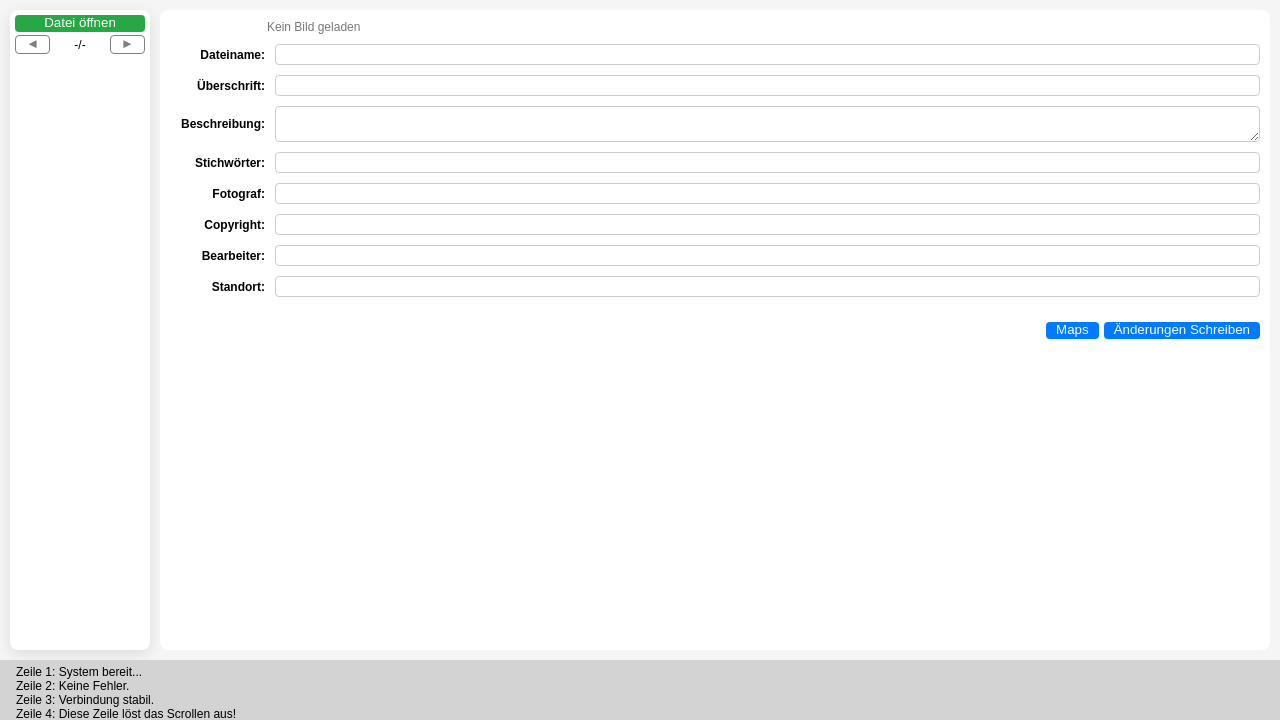
Repository: h-fahle/metadata
Page: ui/index.html
An editor plug-in stored every save of this project. The page is shown before and after the next save, followed by the edit.
The browser window is 1280 px wide. The pictures show the whole page.

Above is the page before, as saved 2026-08-19 16:52:25.

After the next save:
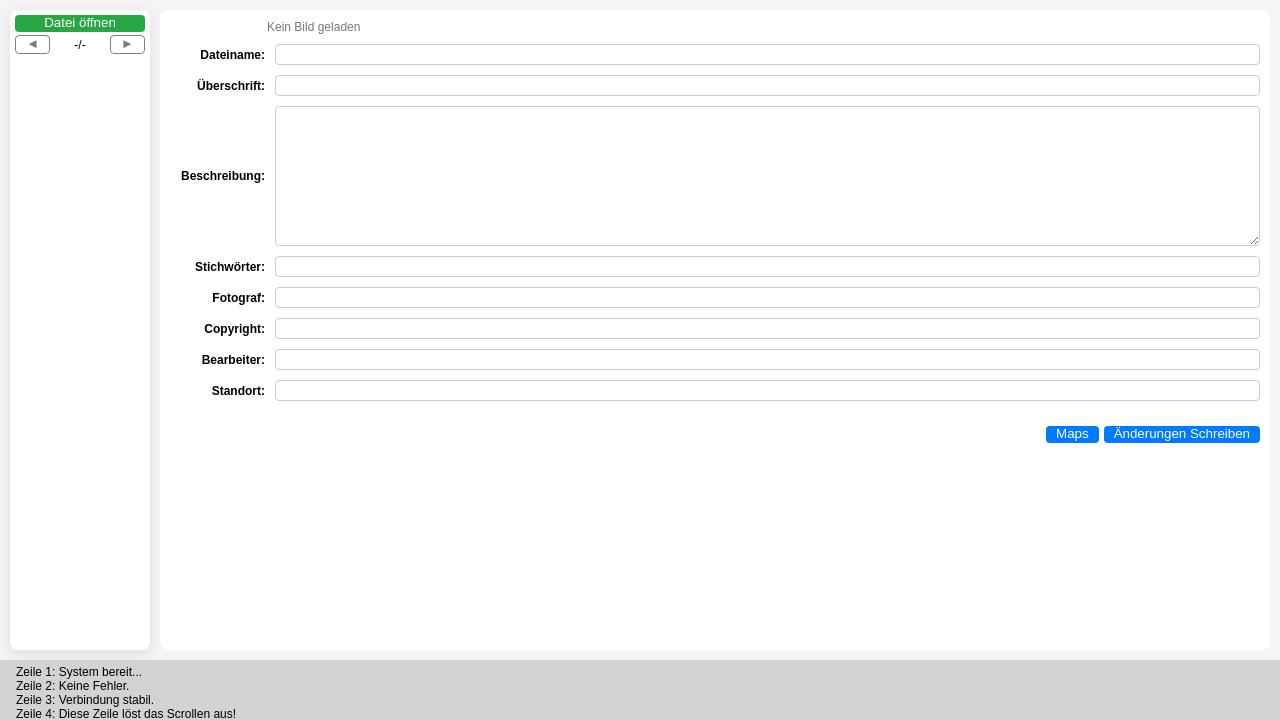
Saved 48 s later.
--- a/ui/style.css
+++ b/ui/style.css
@@ -78,7 +78,7 @@ html, body {
 	padding: 2px;
 	-webkit-font-smoothing: antialiased;
 }
-.form-row.textarea {
+.form-row textarea {
 	min-height: 140px;
 }
 
